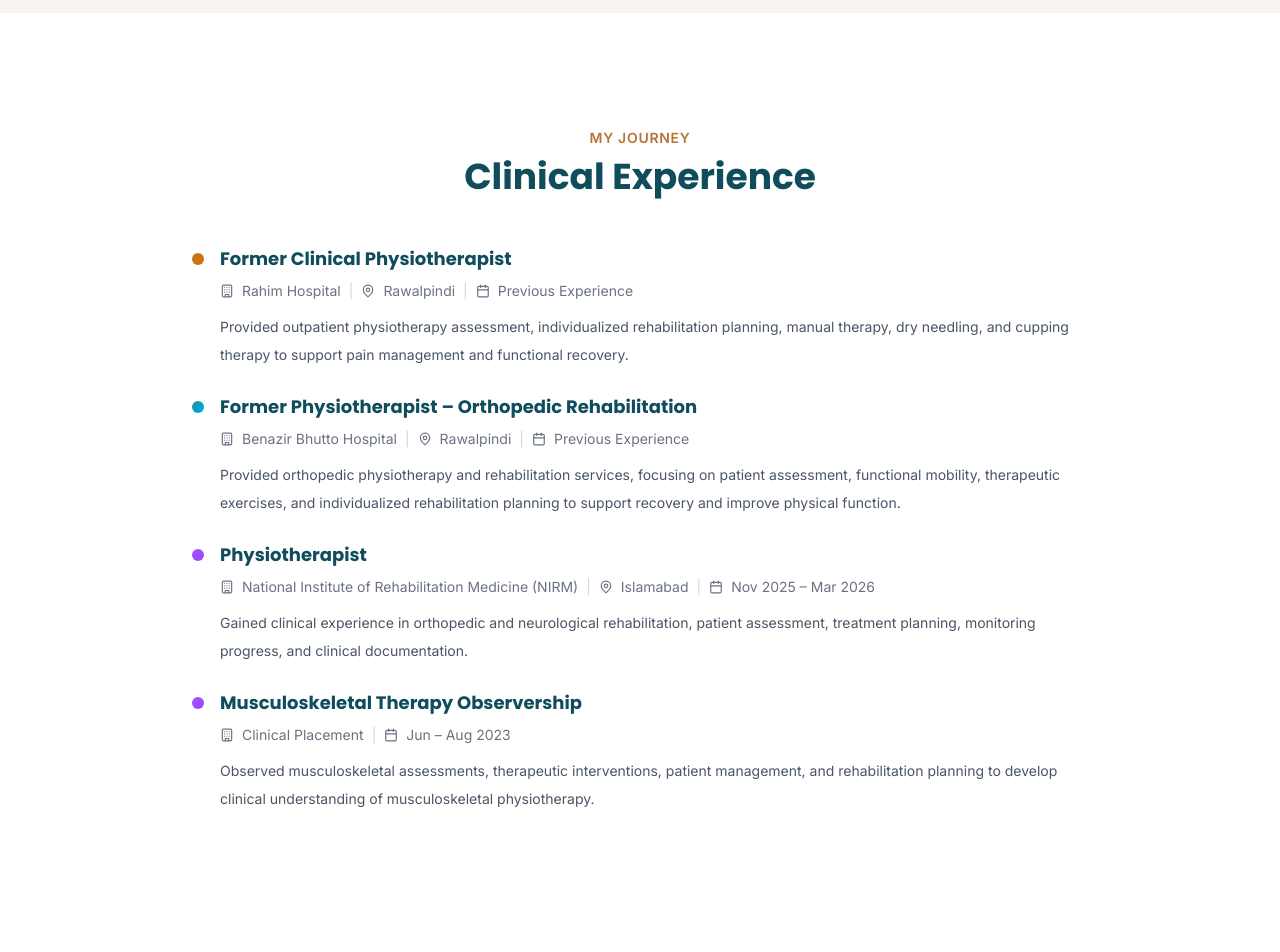
Repository: DaniGull01/dr_ghazala_mushtaq
Page: /
The author's editor kept a copy of each file at every save. The page is drawn from the files as they stood at one save, then again after the next save.
The browser window is 1280 px wide. The pictures show the part of the page from y = 1717 to 2669 px (the page is 12335 px tall before and 12455 px after).
The project was rebuilt for these pictures with package versions that can differ from the ones it lists, and the page was loaded fresh each time. Also part of the build but not shown: vite.config.js.

Above is the page before, as saved 2026-10-21 19:41:50.

After the next save:
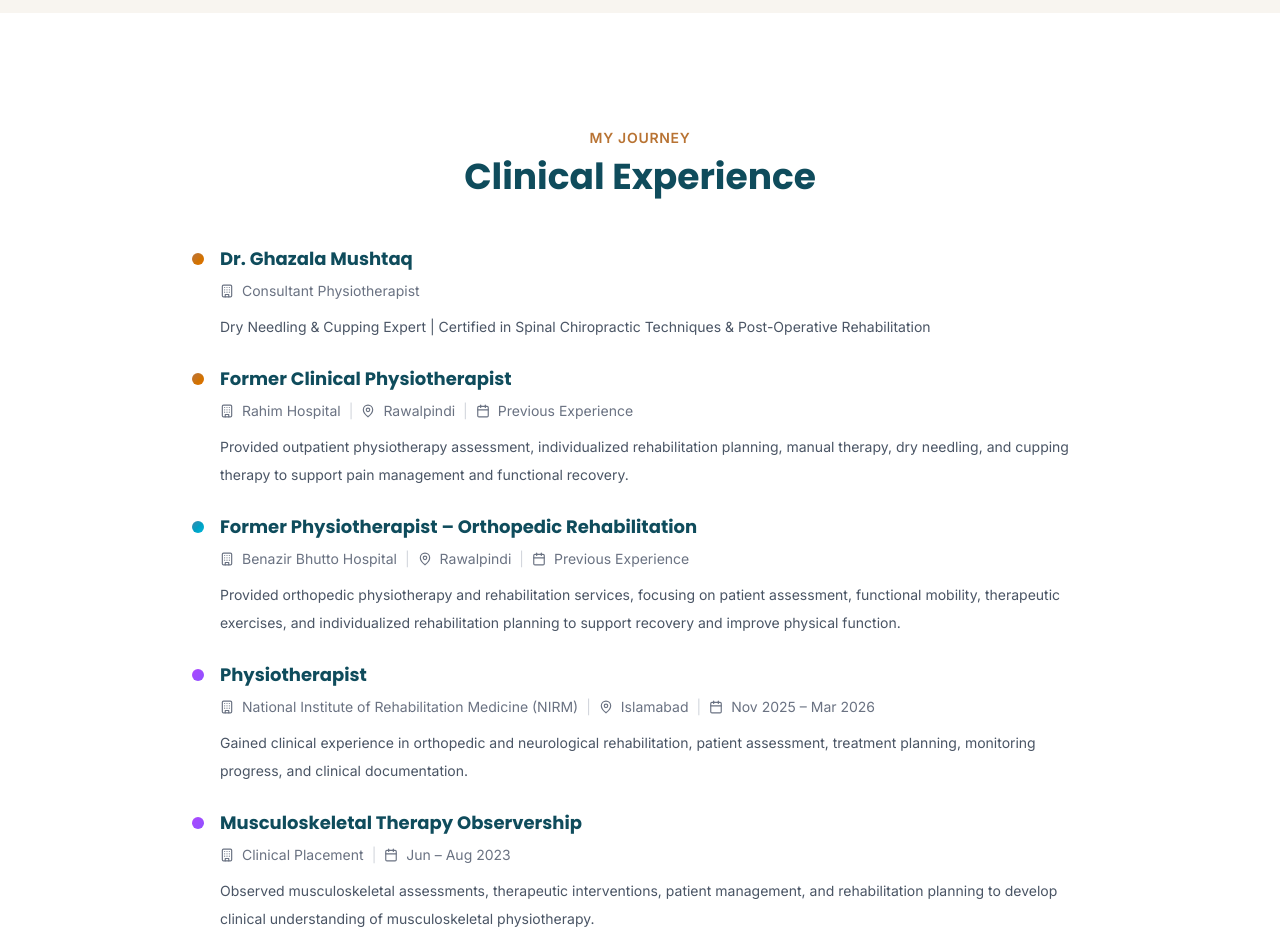
Saved 4 min 30 s later.
--- a/src/components/Experience.jsx
+++ b/src/components/Experience.jsx
@@ -2,6 +2,15 @@
 import { Building, MapPin, Calendar } from 'lucide-react'
 
 const experiences = [
+   {
+    title: 'Dr. Ghazala Mushtaq',
+    org: 'Consultant Physiotherapist',
+    location: '',
+    period: '',
+    description:
+      'Dry Needling & Cupping Expert | Certified in Spinal Chiropractic Techniques & Post-Operative Rehabilitation',
+    color: 'from-warm-copper to-amber-600',
+  },
   {
     period: 'Previous Experience',
     title: 'Former Clinical Physiotherapist',
